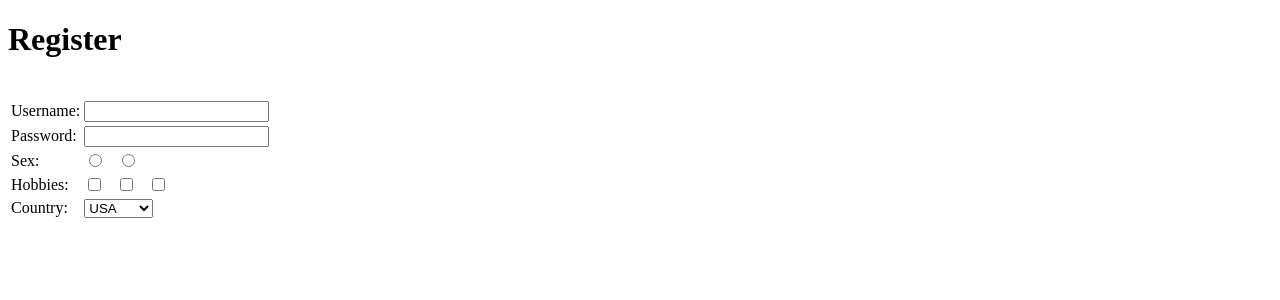
Repository: devjackluo/Java-Servlet-Demo
Page: ServletAppDemo/WebContent/Register.html
The author's editor kept a copy of each file at every save. The page is drawn from the files as they stood at one save, then again after the next save.
The browser window is 1280 px wide. The pictures show the whole page.

Above is the page before, as saved 2019-01-31 22:39:01.

After the next save:
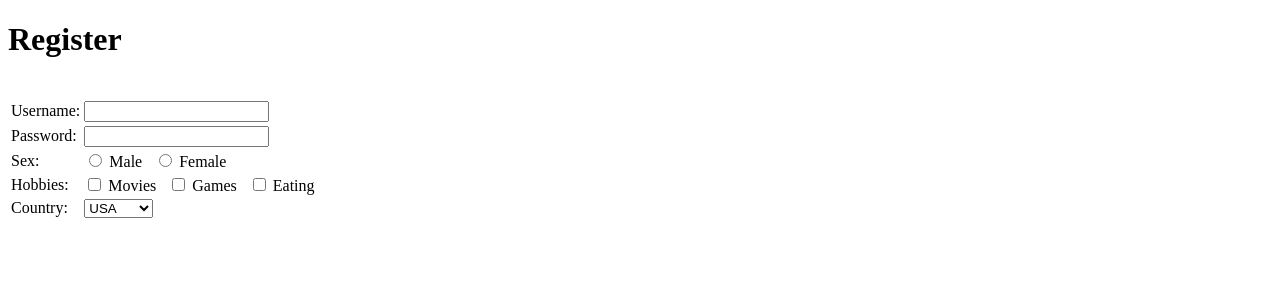
Saved 3 min 30 s later.
--- a/ServletAppDemo/WebContent/Register.html
+++ b/ServletAppDemo/WebContent/Register.html
@@ -21,19 +21,19 @@
 				<tr>
 					<td>Sex: </td>
 					<td>
-						<input type="radio" name="gender" value="Male">
+						<input type="radio" name="gender" value="Male"> Male
 						&nbsp;
-						<input type="radio" name="gender" value="Female">
+						<input type="radio" name="gender" value="Female"> Female
 					</td>
 				</tr>
 				<tr>
 					<td>Hobbies: </td>
 					<td>
-						<input type="checkbox" name="hobbies" value="Movies">
+						<input type="checkbox" name="hobbies" value="Movies"> Movies
 						&nbsp;
-						<input type="checkbox" name="hobbies" value="Games">
+						<input type="checkbox" name="hobbies" value="Games"> Games
 						&nbsp;
-						<input type="checkbox" name="hobbies" value="Eating">
+						<input type="checkbox" name="hobbies" value="Eating"> Eating
 					</td>
 				</tr>
 				<tr>
